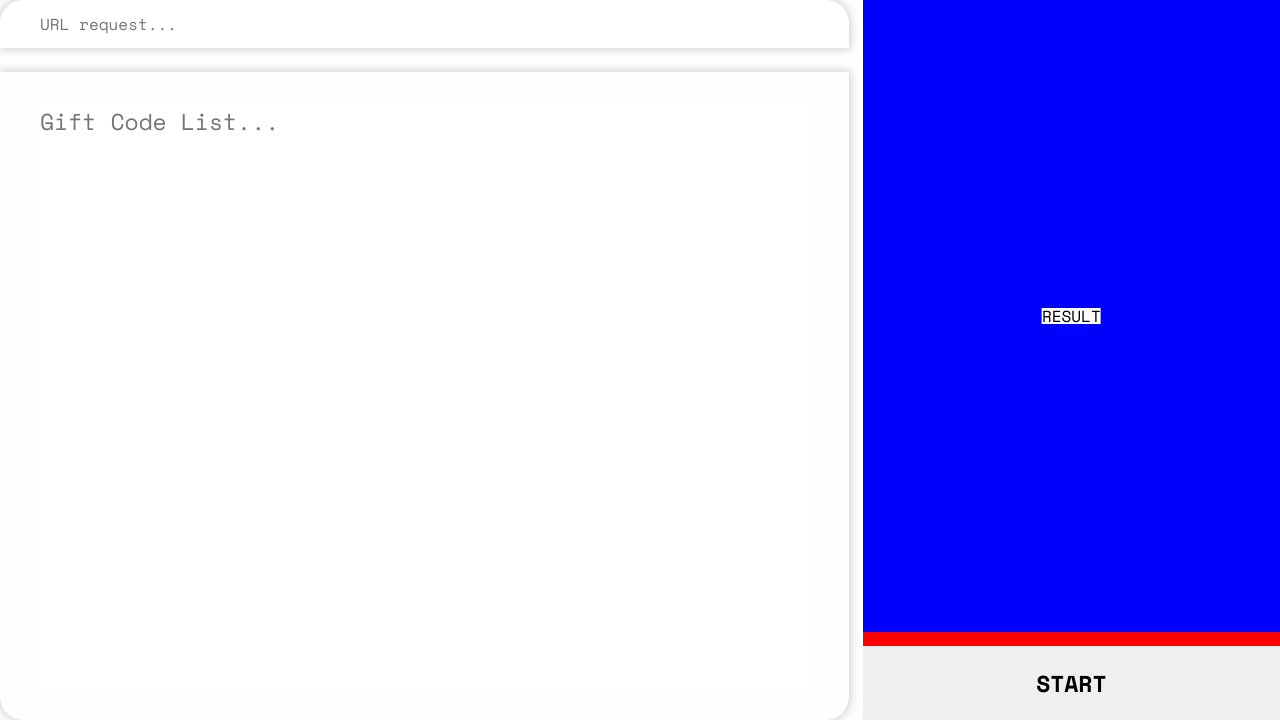
Repository: 777hanh777hanh/test
Page: index.html
The author's editor kept a copy of each file at every save. The page is drawn from the files as they stood at one save, then again after the next save.
The browser window is 1280 px wide. The pictures show the whole page.

Above is the page before, as saved 2023-06-30 17:37:09.

### index.html
<!DOCTYPE html>
<html lang="en">
    <head>
        <meta charset="UTF-8" />
        <meta name="viewport" content="width=device-width, initial-scale=1.0" />
        <title>Request API</title>
        <!-- Fonts -->
        <link rel="preconnect" href="https://fonts.googleapis.com" />
        <link rel="preconnect" href="https://fonts.gstatic.com" crossorigin />
        <link
            href="https://fonts.googleapis.com/css2?family=Space+Mono:wght@400;700&display=swap"
            rel="stylesheet"
        />
        <!-- CSS -->
        <link rel="stylesheet" href="./assets/css/reset.css" />
        <link rel="stylesheet" href="./assets/css/style.css" />
    </head>
    <body>
        <div class="inner">
            <!-- Input URL -->
            <div class="url-block">
                <input type="text" name="" id="url" class="url" placeholder="URL request..."></input>
            </div>
            <!-- Text Area -->
            <div class="giftCode-block">
                <textarea name="" id="giftCode" class="giftCode" placeholder="Gift Code List..."></textarea>
            </div>

            <!-- Result Block -->
            <div class="result-block">
                <div class="result"></div>
                <button class="btn">Start</button>
            </div>
        </div>
        <script src="./assets/js/main.js"></script>
    </body>
</html>

### assets/css/reset.css
html,
body,
div,
span,
applet,
object,
iframe,
h1,
h2,
h3,
h4,
h5,
h6,
p,
blockquote,
pre,
a,
abbr,
acronym,
address,
big,
cite,
code,
del,
dfn,
em,
img,
ins,
kbd,
q,
s,
samp,
small,
strike,
strong,
sub,
sup,
tt,
var,
b,
u,
i,
center,
dl,
dt,
dd,
ol,
ul,
li,
fieldset,
form,
label,
legend,
table,
caption,
tbody,
tfoot,
thead,
tr,
th,
td,
article,
aside,
canvas,
details,
embed,
figure,
figcaption,
footer,
header,
hgroup,
menu,
nav,
output,
ruby,
section,
summary,
time,
mark,
audio,
video {
    margin: 0;
    padding: 0;
    border: 0;
    font-size: 100%;
    font: inherit;
    vertical-align: baseline;
}
/* HTML5 display-role reset for older browsers */
article,
aside,
details,
figcaption,
figure,
footer,
header,
hgroup,
menu,
nav,
section {
    display: block;
}
body {
    line-height: 1;
}
ol,
ul {
    list-style: none;
}
blockquote,
q {
    quotes: none;
}
blockquote:before,
blockquote:after,
q:before,
q:after {
    content: '';
    content: none;
}
table {
    border-collapse: collapse;
    border-spacing: 0;
}

button,
input,
textarea,
[tabindex] {
    outline: none;
    border: none;
    font-family: inherit;
}

a {
    text-decoration: none;
}

### assets/css/style.css
:root {
    --text-color: #333;
    --font-family: 'Space Mono', monospace;
}

* {
    padding: 0;
    margin: 0;
    box-sizing: border-box;
}

html {
    font-size: 62.5%;
}

body {
    min-height: 100vh;
    font-family: var(--font-family, 'system-ui');
    -webkit-font-smoothing: antialiased;
    -moz-osx-font-smoothing: grayscale;
    font-size: 1.6rem;
    overflow: overlay;
    background: #fefefe;
}

html *::-webkit-scrollbar {
    border-radius: 0;
    width: 8px;
}
html *::-webkit-scrollbar-thumb {
    border-radius: 4px;
    background-color: rgba(22, 24, 35, 0.06);
}
html *::-webkit-scrollbar-track {
    border-radius: 0;
    background-color: rgba(0, 0, 0, 0);
}

/* CSS */
.inner {
    min-height: 100vh;
    display: grid;
    grid-template-columns: repeat(3, 1fr);
    grid-template-rows: auto 3fr;
    grid-template-areas:
        'url url result'
        'giftCode giftCode result';
    column-gap: 14px;
    row-gap: 24px;
}

/* Input Block */
.url-block {
    grid-area: url;
}

.url {
    display: block;
    padding: 12px 40px;
    width: 100%;
    height: 100%;
    font-size: 1.6rem;
    border-radius: 23px 23px 0 0;
    box-shadow: 0 0 10px 1px #ccc;
}

.giftCode-block {
    grid-area: giftCode;
    padding: 32px 40px;
    border-radius: 0 0 23px 23px;
    box-shadow: 0 0 10px 1px #ccc;
}

.giftCode {
    display: block;
    width: 100%;
    height: 100%;
    font-size: 2.3rem;
    font-family: var(--font-family, 'monospace');
    resize: none;
}

.result-block {
    grid-area: result;
    display: flex;
    flex-direction: column;
    background: red;
    row-gap: 14px;
}

.result {
    position: relative;
    flex-grow: 1;
    background-color: blue;
}

.result::before {
    position: absolute;
    display: inline-block;
    top: 50%;
    left: 50%;
    content: 'Result';
    text-transform: uppercase;
    z-index: 1;
    transform: translate(-50%, -50%);
    background: #fff;
}

.btn {
    padding: 20px;
    font-size: 2.3rem;
    font-weight: 700;
    text-transform: uppercase;
}

.btn:hover {
    cursor: pointer;
}

Loaded but not shown: assets/js/main.js (no stored copy; drawn as an empty file)

After the next save:
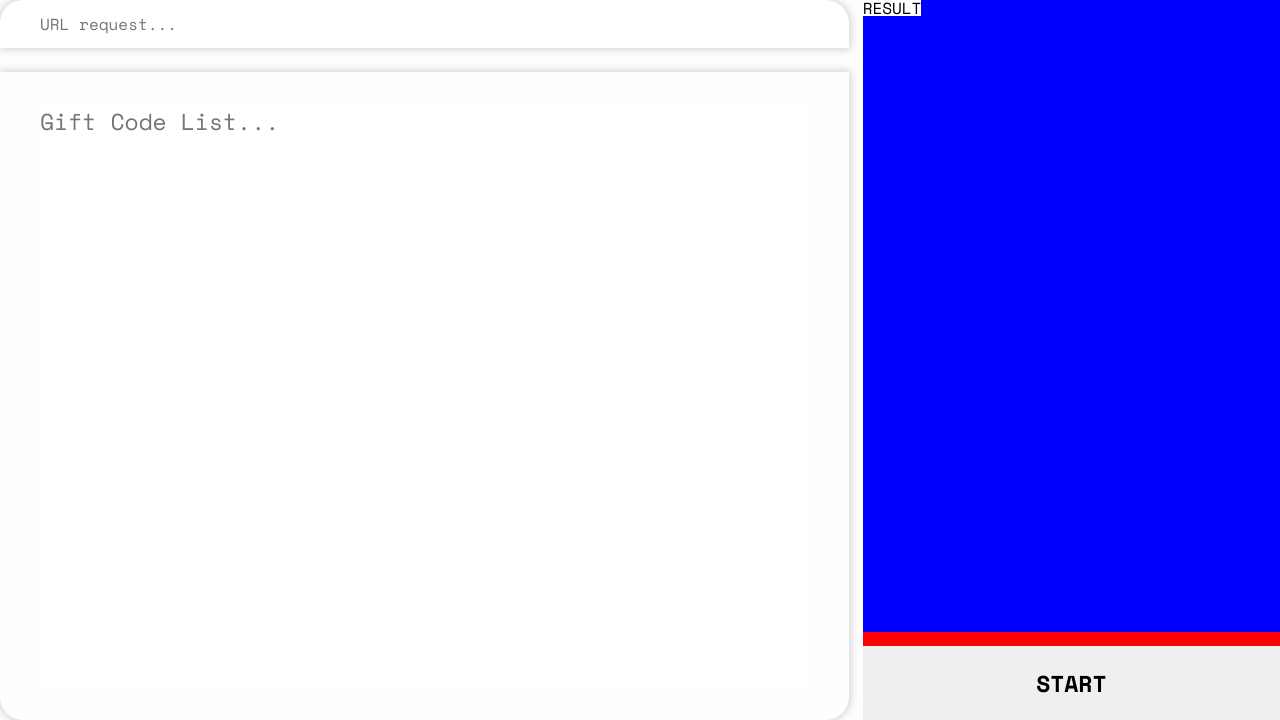
Saved 13 s later.
--- a/assets/css/style.css
+++ b/assets/css/style.css
@@ -97,12 +97,9 @@ html *::-webkit-scrollbar-track {
 .result::before {
     position: absolute;
     display: inline-block;
-    top: 50%;
-    left: 50%;
     content: 'Result';
     text-transform: uppercase;
     z-index: 1;
-    transform: translate(-50%, -50%);
     background: #fff;
 }
 
